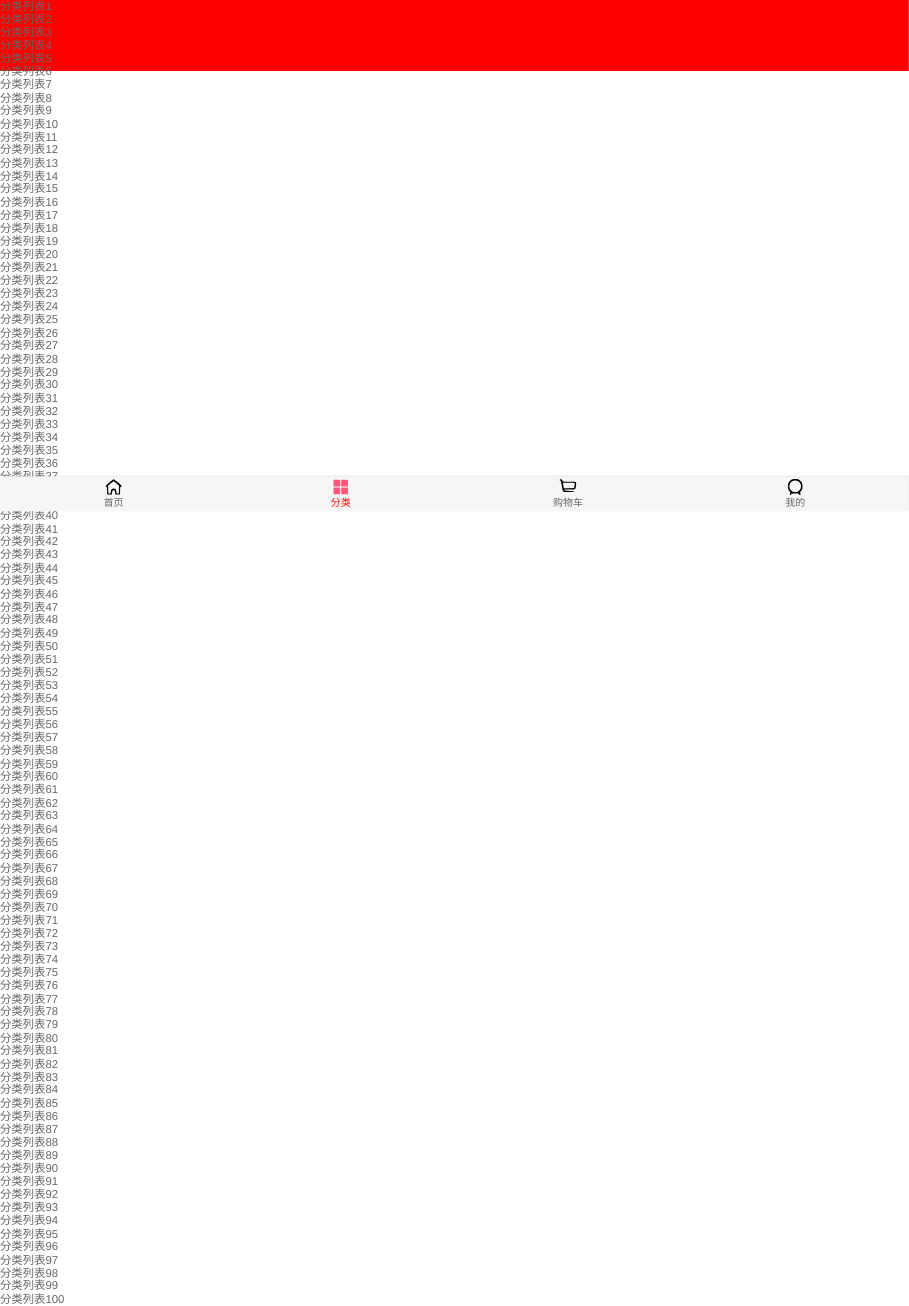
Repository: 2074623967/mymall
Page: /category
The author's editor kept a copy of each file at every save. The page is drawn from the files as they stood at one save, then again after the next save.
The browser window is 1280 px wide. The pictures show the whole page, at 71% of full size.
The project was rebuilt for these pictures with package versions that can differ from the ones it lists, and the page was loaded fresh each time. Also part of the build but not shown: vue.config.js.

Above is the page before, as saved 2021-08-22 10:40:32.

### src/App.vue
<template>
  <div id="app">
    <router-view/>
    <main-tab-bar/>
  </div>
</template>

<script>
  import MainTabBar from 'components/content/mainTabbar/MainTabBar'

  export default {
    name: 'app',
    components: {
      MainTabBar
    }
  }
</script>

<style>
  @import "assets/css/base.css";
</style>

### src/assets/css/base.css
@import "./normalize.css";

/*:root -> 获取根元素html*/
:root {
  --color-text: #666;
  --color-high-text: #ff5777;
  --color-tint: #ff8198;
  --color-background: #fff;
  --font-size: 14px;
  --line-height: 1.5;
}

*,
*::before,
*::after {
  margin: 0;
  padding: 0;
  box-sizing: border-box;
}

body {
  font-family: "Helvetica Neue",Helvetica,"PingFang SC","Hiragino Sans GB","Microsoft YaHei","微软雅黑",Arial,sans-serif;
  user-select: none; /* 禁止用户鼠标在页面上选中文字/图片等 */
  -webkit-tap-highlight-color: transparent; /* webkit是苹果浏览器引擎，tap点击，highlight背景高亮，color颜色，颜色用数值调节 */
  background: var(--color-background);
  color: var(--color-text);
  /* rem vw/vh */
  width: 100vw;
}

a {
  color: var(--color-text);
  text-decoration: none;
}


.clear-fix::after {
  clear: both;
  content: '';
  display: block;
  width: 0;
  height: 0;
  visibility: hidden;
}

.clear-fix {
  zoom: 1;
}

.left {
  float: left;
}

.right {
  float: right;
}

### src/components/content/mainTabbar/MainTabBar.vue
<template>
  <tab-bar>
    <tab-bar-item path="/home">
      <img slot="item-icon" src="~assets/img/tabbar/home.svg" alt="">
      <img slot="item-icon-active" src="~assets/img/tabbar/home_active.svg" alt="">
      <div slot="item-text">首页</div>
    </tab-bar-item>
    <tab-bar-item path="/category">
      <img slot="item-icon" src="~assets/img/tabbar/category.svg" alt="">
      <img slot="item-icon-active" src="~assets/img/tabbar/category_active.svg" alt="">
      <div slot="item-text">分类</div>
    </tab-bar-item>
    <tab-bar-item path="/cart">
      <img slot="item-icon" src="~assets/img/tabbar/shopcart.svg" alt="">
      <img slot="item-icon-active" src="~assets/img/tabbar/shopcart_active.svg" alt="">
      <div slot="item-text">购物车</div>
    </tab-bar-item>
    <tab-bar-item path="/profile">
      <img slot="item-icon" src="~assets/img/tabbar/profile.svg" alt="">
      <img slot="item-icon-active" src="~assets/img/tabbar/profile_active.svg" alt="">
      <div slot="item-text">我的</div>
    </tab-bar-item>
  </tab-bar>
</template>

<script>
  import TabBar from 'components/common/tabbar/TabBar'
  import TabBarItem from 'components/common/tabbar/TabBarItem'

  export default {
    name: "MainTabBar",
    components: {
      TabBar,
      TabBarItem
    }
  }
</script>

<style scoped>

</style>

### src/views/category/Category.vue
<template>
  <div class="wrapper" ref="aaaa">
    <ul class="content">
      <li>分类列表1</li>
      <li>分类列表2</li>
      <li>分类列表3</li>
      <li>分类列表4</li>
      <li>分类列表5</li>
      <li>分类列表6</li>
      <li>分类列表7</li>
      <li>分类列表8</li>
      <li>分类列表9</li>
      <li>分类列表10</li>
      <li>分类列表11</li>
      <li>分类列表12</li>
      <li>分类列表13</li>
      <li>分类列表14</li>
      <li>分类列表15</li>
      <li>分类列表16</li>
      <li>分类列表17</li>
      <li>分类列表18</li>
      <li>分类列表19</li>
      <li>分类列表20</li>
      <li>分类列表21</li>
      <li>分类列表22</li>
      <li>分类列表23</li>
      <li>分类列表24</li>
      <li>分类列表25</li>
      <li>分类列表26</li>
      <li>分类列表27</li>
      <li>分类列表28</li>
      <li>分类列表29</li>
      <li>分类列表30</li>
      <li>分类列表31</li>
      <li>分类列表32</li>
      <li>分类列表33</li>
      <li>分类列表34</li>
      <li>分类列表35</li>
      <li>分类列表36</li>
      <li>分类列表37</li>
      <li>分类列表38</li>
      <li>分类列表39</li>
      <li>分类列表40</li>
      <li>分类列表41</li>
      <li>分类列表42</li>
      <li>分类列表43</li>
      <li>分类列表44</li>
      <li>分类列表45</li>
      <li>分类列表46</li>
      <li>分类列表47</li>
      <li>分类列表48</li>
      <li>分类列表49</li>
      <li>分类列表50</li>
      <li>分类列表51</li>
      <li>分类列表52</li>
      <li>分类列表53</li>
      <li>分类列表54</li>
      <li>分类列表55</li>
      <li>分类列表56</li>
      <li>分类列表57</li>
      <li>分类列表58</li>
      <li>分类列表59</li>
      <li>分类列表60</li>
      <li>分类列表61</li>
      <li>分类列表62</li>
      <li>分类列表63</li>
      <li>分类列表64</li>
      <li>分类列表65</li>
      <li>分类列表66</li>
      <li>分类列表67</li>
      <li>分类列表68</li>
      <li>分类列表69</li>
      <li>分类列表70</li>
      <li>分类列表71</li>
      <li>分类列表72</li>
      <li>分类列表73</li>
      <li>分类列表74</li>
      <li>分类列表75</li>
      <li>分类列表76</li>
      <li>分类列表77</li>
      <li>分类列表78</li>
      <li>分类列表79</li>
      <li>分类列表80</li>
      <li>分类列表81</li>
      <li>分类列表82</li>
      <li>分类列表83</li>
      <li>分类列表84</li>
      <li>分类列表85</li>
      <li>分类列表86</li>
      <li>分类列表87</li>
      <li>分类列表88</li>
      <li>分类列表89</li>
      <li>分类列表90</li>
      <li>分类列表91</li>
      <li>分类列表92</li>
      <li>分类列表93</li>
      <li>分类列表94</li>
      <li>分类列表95</li>
      <li>分类列表96</li>
      <li>分类列表97</li>
      <li>分类列表98</li>
      <li>分类列表99</li>
      <li>分类列表100</li>
    </ul>
  </div>
</template>

<script>
import BScroll from 'better-scroll';
export default {
  name: 'Category',
  components: {},
  created(){

  },
  // 组件创建完后调用
  mounted() {
    this.scroll = new BScroll(this.$refs.aaaa, {
      // probeType: 3,
      // pullUpLoad: true
    });

    this.scroll.on('scroll', position => {
      console.log(position);
    });

    this.scroll.on('pullingUp', () => {
      console.log('上啦加载更多');
    });
  },
  data() {
    return {
      scroll: null
    };
  },
  methods: {}
};
</script>

<style scoped>
.wrapper {
  height: 100px;
  background-color: red;
  /* overflow: hidden; */
  /* overflow-y: scroll; */
}
</style>

### src/components/common/tabbar/TabBarItem.vue
<template>
  <!--所有的item都展示同一个图片, 同一个文字-->
  <div class="tab-bar-item" @click="itemClick">
    <div v-if="!isActive"><slot name="item-icon"></slot></div>
    <div v-else><slot name="item-icon-active"></slot></div>
    <div :style="activeStyle"><slot name="item-text"></slot></div>
  </div>
</template>

<script>
  export default {
    name: "TabBarItem",
    props: {
      path: String,
      activeColor: {
        type: String,
        default: 'red'
      }
    },
    data() {
      return {
        // isActive: true
      }
    },
    computed: {
      isActive() {
        // /home -> item1(/home) = true
        // /home -> item1(/category) = false
        // /home -> item1(/cart) = true
        // /home -> item1(/profile) = true
        return this.$route.path.indexOf(this.path) !== -1
      },
      activeStyle() {
        return this.isActive ? {color: this.activeColor} : {}
      }
    },
    methods: {
      itemClick() {
        this.$router.replace(this.path)
      }
    }
  }
</script>

<style scoped>
  .tab-bar-item {
    flex: 1;
    text-align: center;
    height: 49px;
    font-size: 14px;
  }

  .tab-bar-item img {
    width: 24px;
    height: 24px;
    margin-top: 3px;
    vertical-align: middle;
    margin-bottom: 2px;
  }
</style>

Loaded but not shown: src/main.js (common file); src/router/index.js (common file); src/assets/css/normalize.css (library); src/components/common/tabbar/TabBar.vue (common file)

After the next save:
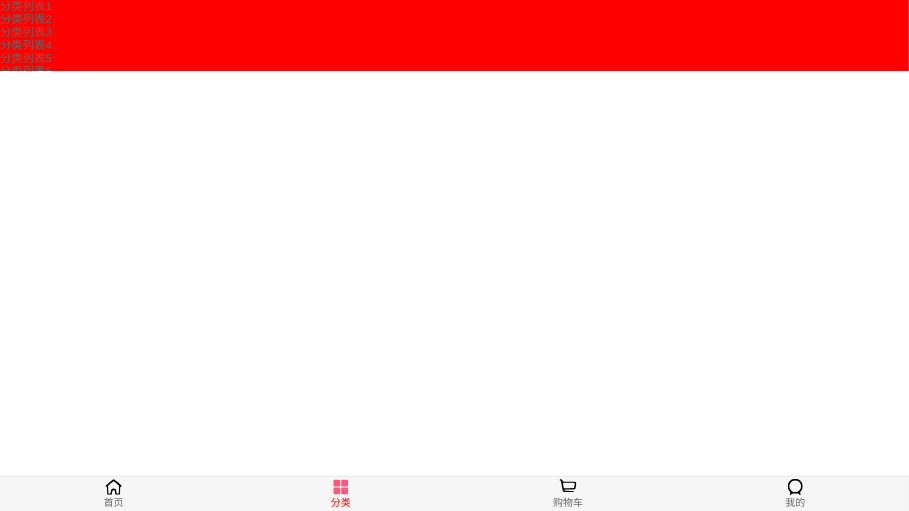
Saved 56 s later.
--- a/src/views/category/Category.vue
+++ b/src/views/category/Category.vue
@@ -113,6 +113,11 @@ export default {
   created(){
 
   },
+   data() {
+    return {
+      scroll: null
+    }
+  },
   // 组件创建完后调用
   mounted() {
     this.scroll = new BScroll(this.$refs.aaaa, {
@@ -128,11 +133,7 @@ export default {
       console.log('上啦加载更多');
     });
   },
-  data() {
-    return {
-      scroll: null
-    };
-  },
+
   methods: {}
 };
 </script>
@@ -141,7 +142,7 @@ export default {
 .wrapper {
   height: 100px;
   background-color: red;
-  /* overflow: hidden; */
+  overflow: hidden;
   /* overflow-y: scroll; */
 }
 </style>
